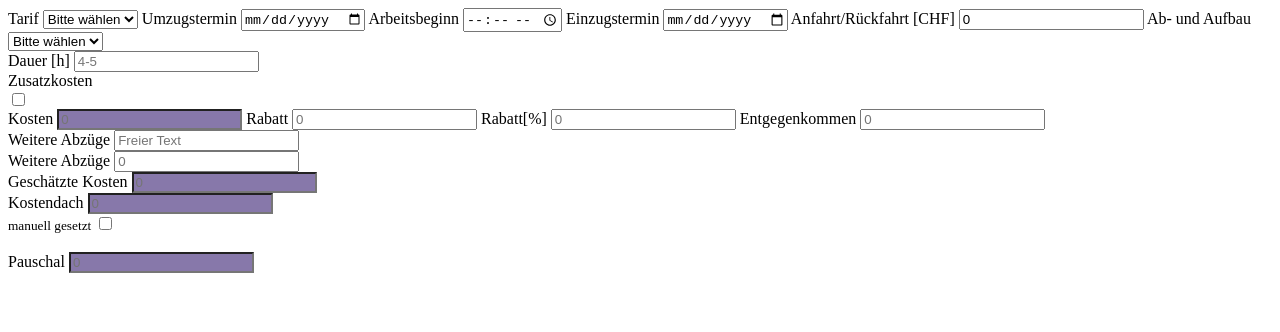
Repository: oguzhansade/SwissTransport
Page: resources/views/front/offer/offerUmzug2.blade.php
These files come from the project's save history. The page is drawn as it stood at one moment and after the next save; the edit follows.
The browser window is 1280 px wide. The pictures show the whole page.
The page is served by the project's Laravel application, run on PHP 8.4 with Laravel 9. Other server files are loaded and not shown. The template is opened directly, without the code that normally fills it, so the values that code supplies are empty.

Above is the page before, as saved 2023-02-04 14:13:05.

### resources/views/front/offer/offerUmzug2.blade.php
<div class="row p-3">
    <div class="col-md-6">
        <label class=" col-form-label" for="l0">Tarif</label>
        <select class="form-control" class="umzugTariff2" name="umzugTariff" id="umzugTariff" >
            <option data-selection="bos" value>Bitte wählen</option>
            @foreach (\App\Models\Tariff::getList(1) as $key=>$value )
                <option data-selection="0" data-ma="{{ $value['ma'] }}" data-lkw="{{ $value['lkw'] }}" data-an="{{ $value['anhanger'] }}" data-chf ="{{ $value['chf'] }}" value="{{ $value['id'] }}">{{ $value['description'] }}</option>
            @endforeach
        </select>

        <div class="row umzug--tariffs--area umzug-tarif-area" style="display: none;">
            <div class="col">
                <label class=" col-form-label" for="l0">MA</label>
                <input class="form-control"  name="umzug1ma" placeholder="0"  type="number" >
            </div>
            <div class="col">
                <label class=" col-form-label" for="l0">LKW</label>
                <input class="form-control"  name="umzug1lkw" placeholder="0"  type="number" >
            </div>
            <div class="col">
                <label class=" col-form-label" for="l0">Anhänger</label>
                <input class="form-control"  name="umzug1anhanger" placeholder="0"  type="number" >
            </div>
            <div class="col">
                <label class=" col-form-label" for="l0">CHF-Ansatz</label>
                <input class="form-control" id="umzug1chf"  name="umzug1chf" placeholder="0"  type="number" value="0">
            </div>
        </div>

        <label class=" col-form-label" for="l0">Umzugstermin</label>
        <input class="form-control" class="date"  name="umzugausdate"  type="date" >

        <label class=" col-form-label" for="l0">Arbeitsbeginn</label>
        <input class="form-control" class="time"  name="umzug1time"  type="time" >

        <label class=" col-form-label" for="l0">Einzugstermin</label>
        <input class="form-control" class="date"  name="umzugeindate"  type="date" >

        <label class=" col-form-label" for="l0">Anfahrt/Rückfahrt [CHF]</label>
        <input class="form-control" class="date"  name="umzugroadChf"  type="number" value="0">

        <label class=" col-form-label" for="l0">Ab- und Aufbau</label>
        <select class="form-control" class="umzugMontaj" name="umzugMontaj" id="umzugMontaj" >
            <option value="1">Bitte wählen</option>
            <option value="2">Kunde</option>
            <option value="3">Firma</option>
        </select>
    </div>
    <div class="col-md-6">
        <label class="col-form-label" for="l0">Dauer [h]</label>
        <input class="form-control"  name="umzugHours" placeholder="4-5"  type="text" >

        <div class="extra-cost mt-1">
            <label for="" class="col-form-label">Zusatzkosten</label><br>
            <input type="checkbox" name="isExtra" id="isExtra" class="js-switch " data-color="#9c27b0" data-switchery="false" >
        </div>

        <div class="extra--cost--area" style="display: none;">

            <div class="form-group">
                <div class="row">
                    <div class="col-md-7">
                        <div class="checkbox checkbox-rounded checkbox-color-scheme">
                            <label class="checkbox">
                                <input type="checkbox" name="masraf"> <span class="label-text text-dark"><strong>Spesen</strong></span>
                            </label>
                        </div>
                    </div>
                    <div class="col-md-5">
                        <input class="form-control" name="extra1" type="number" value="10">
                    </div>
                </div>

                <div class="row">
                    <div class="col-md-7">
                        <div class="checkbox checkbox-rounded checkbox-color-scheme">
                            <label class="checkbox">
                                <input type="checkbox" name="masraf1"> <span class="label-text text-dark"><strong>Klavier 250.-</strong></span>
                            </label>
                        </div>
                    </div>
                    <div class="col-md-5">
                        <input class="form-control" name="extra2" type="number" value="250">
                    </div>
                </div>

                <div class="row">
                    <div class="col-md-7">
                        <div class="checkbox checkbox-rounded checkbox-color-scheme">
                            <label class="checkbox">
                                <input type="checkbox" name="masraf2"> <span class="label-text text-dark"><strong>Klavier 350.-</strong></span>
                            </label>
                        </div>
                    </div>
                    <div class="col-md-5">
                        <input class="form-control" name="extra3" type="number" value="350">
                    </div>
                </div>

                <div class="row">
                    <div class="col-md-7">
                        <div class="checkbox checkbox-rounded checkbox-color-scheme">
                            <label class="checkbox">
                                <input type="checkbox" name="masraf3"> <span class="label-text text-dark"><strong>Möbellift 0.-</strong></span>
                            </label>
                        </div>
                    </div>
                    <div class="col-md-5">
                        <input class="form-control" name="extra4" type="number" value="0">
                    </div>
                </div>

                <div class="row">
                    <div class="col-md-7">
                        <div class="checkbox checkbox-rounded checkbox-color-scheme">
                            <label class="checkbox">
                                <input type="checkbox" name="masraf4"> <span class="label-text text-dark"><strong>Möbellift 250.-</strong></span>
                            </label>
                        </div>
                    </div>
                    <div class="col-md-5">
                        <input class="form-control" name="extra5" type="number" value="250">
                    </div>
                </div>

                <div class="row">
                    <div class="col-md-7">
                        <div class="checkbox checkbox-rounded checkbox-color-scheme">
                            <label class="checkbox">
                                <input type="checkbox" name="masraf5"> <span class="label-text text-dark"><strong>Möbellift 350.-</strong></span>
                            </label>
                        </div>
                    </div>
                    <div class="col-md-5">
                        <input class="form-control" name="extra6" type="number" value="350">
                    </div>
                </div>

                <div class="row">
                    <div class="col-md-7">
                        <div class="checkbox checkbox-rounded checkbox-color-scheme">
                            <label class="checkbox">
                                <input type="checkbox" name="masraf6"> <span class="label-text text-dark"><strong>Schwergutzuschlag 150.-</strong></span>
                            </label>
                        </div>
                    </div>
                    <div class="col-md-5">
                        <input class="form-control" name="extra7" type="number" value="150">
                    </div>
                </div>

                <div class="row">
                    <div class="col-md-7">
                        <div class="checkbox checkbox-rounded checkbox-color-scheme">
                            <label class="checkbox">
                                <input type="checkbox" name="masraf7"> <span class="label-text text-dark"><strong>Schwergutzuschlag 250.-</strong></span>
                            </label>
                        </div>
                    </div>
                    <div class="col-md-5">
                        <input class="form-control" name="extra8" type="number" value="250">
                    </div>
                </div>

                <div class="row">
                    <div class="col-md-7">
                        <div class="checkbox checkbox-rounded checkbox-color-scheme">
                            <label class="checkbox">
                                <input type="checkbox" name="masraf8"> <span class="label-text text-dark"><strong>Tresor 350.-</strong></span>
                            </label>
                        </div>
                    </div>
                    <div class="col-md-5">
                        <input class="form-control" name="extra9" type="number" value="350">
                    </div>
                </div>

                <div class="row">
                    <div class="col-md-7">
                        <div class="checkbox checkbox-rounded checkbox-color-scheme">
                            <label class="checkbox">
                                <input type="checkbox" name="masraf9"> <span class="label-text text-dark"><strong>Tresor 450.-</strong></span>
                            </label>
                        </div>
                    </div>
                    <div class="col-md-5">
                        <input class="form-control" name="extra10" type="number" value="450">
                    </div>
                </div>

                <div class="row">
                    <div class="col-md-7">
                        <div class="checkbox checkbox-rounded checkbox-color-scheme">
                            <label class="checkbox">
                                <input type="checkbox" name="masraf10"> <span class="label-text text-dark"><strong>Wasserbett</strong></span>
                            </label>
                        </div>
                    </div>
                    <div class="col-md-5">
                        <input class="form-control" name="extra11" type="number" value="500">
                    </div>
                </div>

                <div class="row ">
                    <div class="col-md-7">
                        <input class="form-control"  name="extra12CostText" placeholder="Freier Text"  type="text" >
                    </div>
                    <div class="col-md-5">
                        <input class="form-control"  name="extra12Cost" placeholder="0"  type="number" value="0">
                    </div>
                </div>

                <div class="row mt-3">
                    <div class="col-md-7">
                        <input class="form-control"  name="extra13CostText" placeholder="Freier Text"  type="text" >
                    </div>
                    <div class="col-md-5">
                        <input class="form-control"  name="extra13Cost" placeholder="0"  type="number" value="0">
                    </div>
                </div>
            </div>
        </div>

        <label class="col-form-label mt-1 " for="l0">Kosten</label>
        <input class="form-control" id="umzugCost"  name="umzugCost" placeholder="0"  type="text" style="background-color: #8778aa;color:white;">

        <label class="col-form-label" for="l0">Rabatt</label>
        <input class="form-control"  name="umzugDiscount" placeholder="0"  type="number" >

        <label class="col-form-label" for="l0">Rabatt[%]</label>
        <input class="form-control"  name="umzugDiscountPercent" placeholder="0"  type="number" >

        <label class="col-form-label" for="l0">Entgegenkommen</label>
        <input class="form-control"  name="umzugCompromiser" placeholder="0"  type="number" >

        <div class="row ">
            <div class="col-md-7">
                <label class="col-form-label" for="l0">Weitere Abzüge</label>
                <input class="form-control"  name="umzugExtraDiscountText" placeholder="Freier Text"  type="text" >
            </div>
            <div class="col-md-5">
                <label class="col-form-label" for="l0">Weitere Abzüge</label>
                <input class="form-control"  name="umzugExtraDiscount" placeholder="0"  type="number" >
            </div>
        </div>

        <label class="col-form-label" for="l0">Geschätzte Kosten</label>
        <input class="form-control"  name="umzugTotalPrice" placeholder="0"  type="text" style="background-color: #8778aa;color:white;">

        <div class="kosten-area">
            <label class="col-form-label" for="l0">Kostendach</label>
            <input class="form-control"  name="umzugTopPrice" placeholder="0"  type="number" style="background-color: #8778aa;color:white;">

            <div class="mt-2">
                <small class=" text-primary">manuell gesetzt</small>
                <input type="checkbox" name="isUmzugMTPrice" id="isUmzugMTPrice" class="js-switch mt-1" data-color="#9c27b0" data-size="small" data-switchery="false" >
            </div> <br>
        </div>


        <label class="col-form-label" for="l0">Pauschal</label>
        <input class="form-control"  name="umzugDefaultPrice" placeholder="0"  type="number" style="background-color: #8778aa;color:white;">
    </div>
</div>

@section('offerFooter1')
{{-- Tarife Fiyatları --}}
<script>
    $("select[name=umzugTariff]").on("change",function () {
        let chf = $(this).find(":selected").data("chf");
        let ma = $(this).find(":selected").data("ma");
        let lkw = $(this).find(":selected").data("lkw");
        let anhanger = $(this).find(":selected").data("an");
        let control = $(this).find(":selected").data('selection');
        let spesen = $("input[name=extra1]").val();
        if (control != 'bos')
        {
        $('.umzug-tarif-area').show(300)

        }
        else
        {
        $('input[name=umzug1chf]').val(0);
        $('input[name=umzug1ma]').val(0);
        $('input[name=umzug1lkw]').val(0);
        $('input[name=umzug1anhanger]').val(0);
        $('.umzug-tarif-area').hide(300)
        }

        $('input[name=umzug1chf]').val(chf);
        $('input[name=umzug1ma]').val(ma);
        $('input[name=umzug1lkw]').val(lkw);
        $('input[name=umzug1anhanger]').val(anhanger);
        spesen = ma * 20;
        $("input[name=extra1]").val(spesen);
    })

</script>
{{-- İlave ücret Aç/kapa --}}
<script>
    var extracostbutton = $("div.extra-cost");
    extracostbutton.click(function(){
        if($(this).hasClass("checkbox-checked"))
        {
            $(".extra--cost--area").show(700);
        }
        else{
            $(".extra--cost--area").hide(500);
        }
    })
</script>
<script>
    $(document).ready(function(){
        umzugCost = 0;
        var umzugTotalPrice = 0;
        var umzugTopPrice = 0;
        var umzugDefaultPrice = 0;
        $('input[name=umzugCost]').on('click',function () {
            if ($('input[name=masraf]').is(":checked")){
               var extra1 = parseFloat($('input[name=extra1]').val());
            }
            else {
                extra1 = 0;
            }
            if ($('input[name=masraf1]').is(":checked")){
               var extra2 = parseFloat($('input[name=extra2]').val());
            }
            else {
                extra2 = 0;
            }
            if ($('input[name=masraf2]').is(":checked")){
                var extra3 = parseFloat($('input[name=extra3]').val());
            }
            else {
                extra3 = 0;
            }
            if ($('input[name=masraf3]').is(":checked")){
                var extra4 = parseFloat($('input[name=extra4]').val());
            }
            else {
                extra4 = 0;
            }
            if ($('input[name=masraf4]').is(":checked")){
                var extra5 = parseFloat($('input[name=extra5]').val());
            }
            else {
                extra5 = 0;
            }
            if ($('input[name=masraf5]').is(":checked")){
                var extra6 = parseFloat($('input[name=extra6]').val());
            }
            else {
                extra6 = 0;
            }
            if ($('input[name=masraf6]').is(":checked")){
                var extra7 = parseFloat($('input[name=extra7]').val());
            }
            else {
                extra7 = 0;
            }
            if ($('input[name=masraf7]').is(":checked")){
                var extra8 = parseFloat($('input[name=extra8]').val());
            }
            else {
                extra8 = 0;
            }
            if ($('input[name=masraf8]').is(":checked")){
                var extra9 = parseFloat($('input[name=extra9]').val());
            }
            else {
                extra9 = 0;
            }
            if ($('input[name=masraf9]').is(":checked")){
                var extra10 = parseFloat($('input[name=extra10]').val());
            }
            else {
                extra10 = 0;
            }
            if ($('input[name=masraf10]').is(":checked")){
                var extra11 = parseFloat($('input[name=extra11]').val());
            }
            else {
                extra11 = 0;
            }

            var extra12Cost = parseFloat($('input[name=extra12Cost]').val());
            var extra13Cost = parseFloat($('input[name=extra13Cost]').val());
            var umzugTotalChf = parseFloat($('input[name=umzugroadChf]').val());

            var chf = $('input[name=umzug1chf]').val();
            var Hours = $('input[name=umzugHours]').val();
            let allHours = Hours.split("-");

            let leftHour = parseFloat(allHours[0]);
            let rightHour = parseFloat(allHours[1]);

            umzugCostLeft = chf * leftHour + extra1+extra2+extra3+extra4+extra5+extra6+extra7+extra8+extra9+extra10+extra11+extra12Cost+extra13Cost+umzugTotalChf;
            umzugCostRight = chf * rightHour + extra1+extra2+extra3+extra4+extra5+extra6+extra7+extra8+extra9+extra10+extra11+extra12Cost+extra13Cost+umzugTotalChf;

            if(rightHour){
                $('input[name=umzugCost]').val(umzugCostRight)
            }
            if(leftHour){
                $('input[name=umzugCost]').val(umzugCostLeft)
            }
            if(leftHour && rightHour ){
                $('input[name=umzugCost]').val(umzugCostLeft+'-'+umzugCostRight)
            }
            if(leftHour == null && rightHour == null)
            {
                $('input[name=umzugCost]').val('')
            }



        })
        $('input[name=umzugTotalPrice]').on('click',function () {
            var chf = $('input[name=umzug1chf]').val();
            var Hours = $('input[name=umzugHours]').val();
            let allHours = Hours.split("-");

            let leftHour = parseFloat(allHours[0]);
            let rightHour = parseFloat(allHours[1]);
            var discount = $('input[name=umzugDiscount]').val();
            var discountPercent = $('input[name=umzugDiscountPercent]').val();
            var compromiser = $('input[name=umzugCompromiser]').val();
            var extraDiscount = $('input[name=umzugExtraDiscount]').val();

            umzugTotalPriceLeft = umzugCostLeft - discount - (umzugCostLeft*discountPercent/100) - compromiser - extraDiscount;
            umzugTotalPriceRight = umzugCostRight - discount - (umzugCostLeft*discountPercent/100) - compromiser - extraDiscount;

            if(rightHour){
                $('input[name=umzugTotalPrice]').val(umzugTotalPriceRight)
            }
            if(leftHour){
                $('input[name=umzugTotalPrice]').val(umzugTotalPriceLeft)
            }
            if(leftHour && rightHour ){
                $('input[name=umzugTotalPrice]').val(umzugTotalPriceLeft+'-'+umzugTotalPriceRight)
            }
            if(leftHour == null && rightHour == null)
            {
                $('input[name=umzugTotalPrice]').val('')
            }
        })

        $('input[name=umzugTopPrice]').on('click',function(){

            var chf = $('input[name=umzug1chf]').val();
            var Hours = $('input[name=umzugHours]').val();
            let umzugTotalPrices = $('input[name=umzugTotalPrice]').val();
            umzugTotalPricesARR = umzugTotalPrices.split("-");
            let umzugTotalPrice = 0;

            leftTotal = parseFloat(umzugTotalPricesARR[0]);
            rightTotal = parseFloat(umzugTotalPricesARR[1]);

            if(leftTotal >= rightTotal)
            {
                umzugTotalPrice = leftTotal;
            }
            else if(rightTotal >= leftTotal)
            {
                umzugTotalPrice = rightTotal;
            }
            else{
                umzugTotalPrice = parseFloat($('input[name=umzugTotalPrice]').val());
            }

            if($('input[name=isUmzugMTPrice]').is(":checked"))
            {
                $('input[name=umzugTopPrice]').val();
            }
            else{
                umzugTopPrice = umzugTotalPrice + parseFloat(chf);
                $('input[name=umzugTopPrice]').val(umzugTopPrice);
            }


            umzugDefaultPrice = umzugTotalPrice + parseFloat(chf);
            $('input[name=umzugDefaultPrice]').val(umzugDefaultPrice);
        })

    })
</script>

@endsection

Loaded but not shown: app/Http/Controllers/Auth/ConfirmPasswordController.php (common file); app/Http/Controllers/Controller.php (common file); app/Models/Tariff.php (30 lines, source omitted); routes/web.php (241 lines, source omitted)

After the next save:
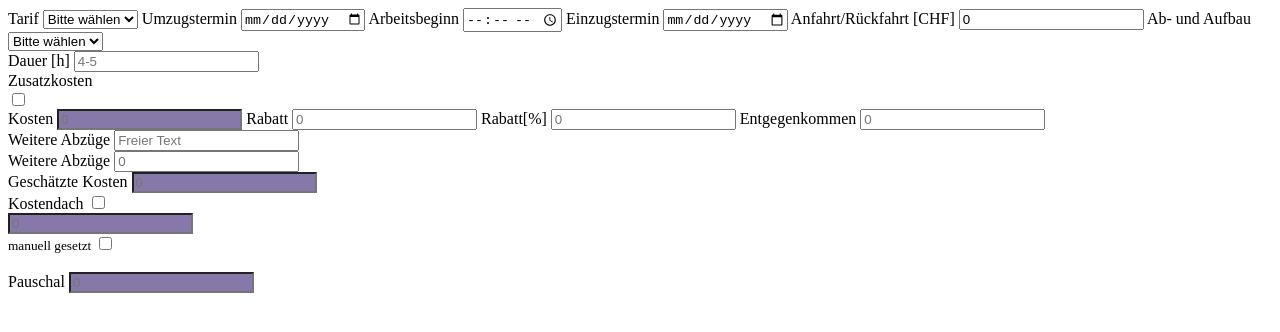
Saved 36 s later.
--- a/resources/views/front/offer/offerUmzug2.blade.php
+++ b/resources/views/front/offer/offerUmzug2.blade.php
@@ -247,8 +247,12 @@
         <label class="col-form-label" for="l0">Geschätzte Kosten</label>
         <input class="form-control"  name="umzugTotalPrice" placeholder="0"  type="text" style="background-color: #8778aa;color:white;">
 
+        <div class="mt-2">
+            <label class="col-form-label" for="l0">Kostendach</label>
+            <input type="checkbox" name="isUmzugMTPrice" id="isUmzugMTPrice" class="js-switch mt-1" data-color="#9c27b0" data-size="small" data-switchery="false" >
+        </div>
+
         <div class="kosten-area">
-            <label class="col-form-label" for="l0">Kostendach</label>
             <input class="form-control"  name="umzugTopPrice" placeholder="0"  type="number" style="background-color: #8778aa;color:white;">
 
             <div class="mt-2">
